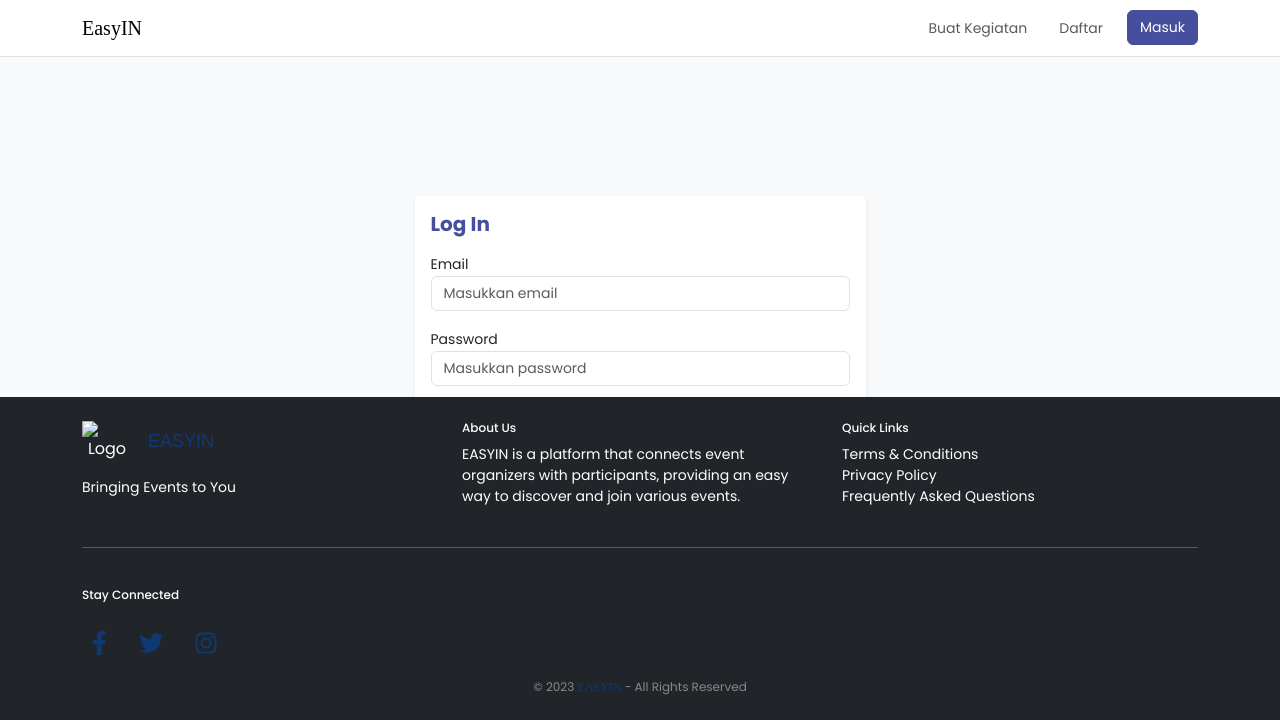
Repository: Imadaaa/Ticketing_Online
Page: http://localhost/login
These files come from the project's save history. The page is drawn as it stood at one moment and after a run of saves; the edit follows.
The browser window is 1280 px wide. The pictures show the whole page.
Some web fonts or font styles are not loaded; a fallback is used. The page is served by the project's Laravel application, run on PHP 8.4 with Laravel 10.

Above is the page before, as saved 2023-08-22 17:18:23.
Console error: ReferenceError: $ is not defined

After the next 3 saves:
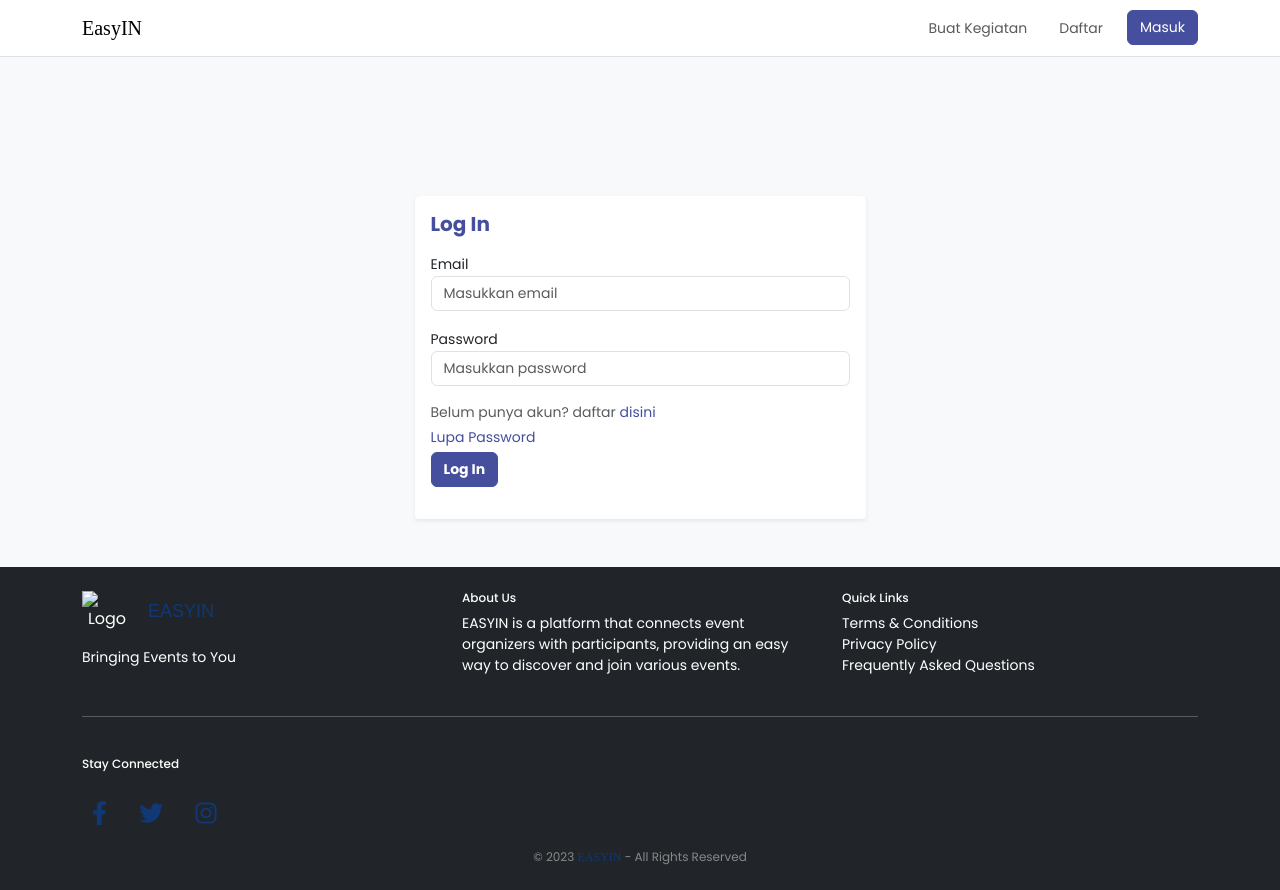
The 3 saves are shown as one change because they came seconds apart.
The last was saved 39 s later.
--- a/public/css/custom.css
+++ b/public/css/custom.css
@@ -111,9 +111,3 @@ footer, .bg-dark {
 .text-primary {
     color: #464F9E !important;
 }
-
-.footer-fixed {
-    position: absolute;
-    width: 100%;
-    bottom: 0;
-}
